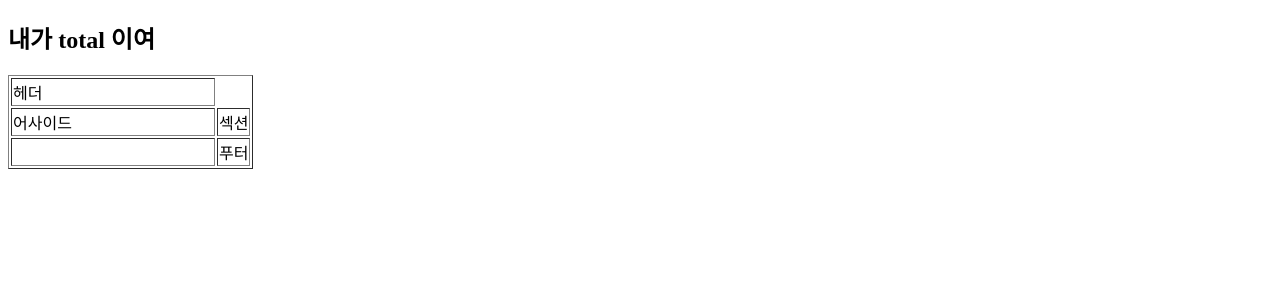
Repository: Yousehyeon/spring_work
Page: stsMvcProj/src/main/webapp/views/thyme/inc/aside.html
These files come from the project's save history. The page is drawn as it stood at one moment and after the next save; the edit follows.
The browser window is 1280 px wide. The pictures show the whole page.

Above is the page before, as saved 2023-08-24 02:18:41.

After the next save:
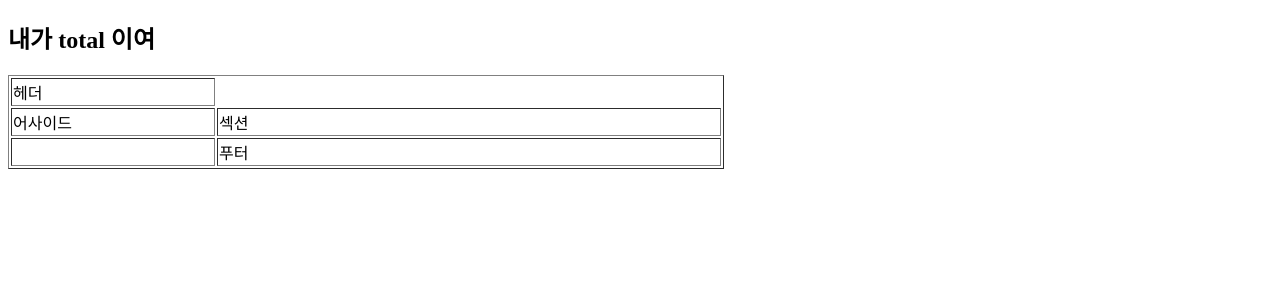
Saved 6 s later.
--- a/stsMvcProj/src/main/webapp/views/thyme/inc/aside.html
+++ b/stsMvcProj/src/main/webapp/views/thyme/inc/aside.html
@@ -15,7 +15,7 @@ total 입니다 는 출력되지 않음
 	</tr>
 	<tr>
 		<td width="200px" >어사이드</td>
-		<td>섹션</td>
+		<td width="500px">섹션</td>
 	</tr>
 	<tr>
 		<td>
